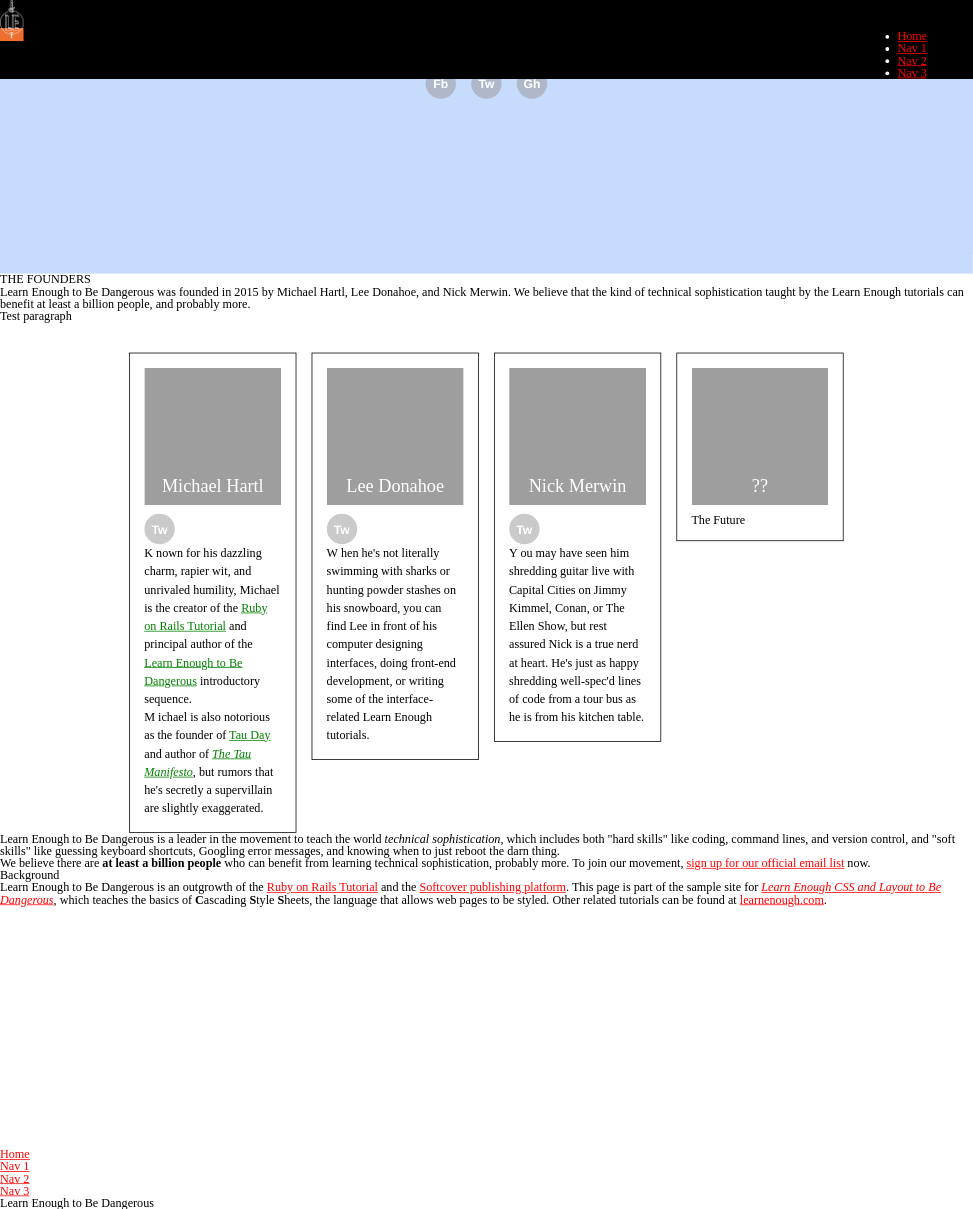
Repository: Ken2072/Ken2072.github.io
Page: _site/index.html
The author's editor kept a record of every edit. The page is drawn from the files as they stood at one moment, then again after the next edit.
The browser window is 1280 px wide. The pictures show the whole page, at 76% of full size.
Pictures or frames that could not be fetched are drawn as grey boxes.

Above is the page before.

### _site/index.html
<!DOCTYPE html>
<html>
<head>
<title>Test Page: Don't Panic</title>
<meta charset="utf-8">
<link rel="stylesheet" href="/css/main.css">
</head>
<body>
<header class="header">
<nav>
<ul class="header-nav nav-links">
<li><a href="/">Home</a></li>
<li><a href="#">Nav 1</a></li>
<li><a href="#">Nav 2</a></li>
<li><a href="#">Nav 3</a></li>
</ul>
</nav>
<a href="/" class="header-logo">
<img src="/images/logo.png" alt="Learn Enough">
</a>
</header>

<div class="full-hero hero-home">
<h1>I'm an h1</h1>
<ul class="social-list">
<li>
<a href="https://example.com/" class="social-link">Fb</a>
</li>
<li>
<a href="https://example.com/" class="social-link">Tw</a>
</li>
<li>
<a href="https://example.com/" class="social-link">Gh</a>
</li>
</ul>
</div>
<h2>THE FOUNDERS</h2>
<p>Learn Enough to Be Dangerous was founded in 2015 by Michael Hartl, Lee Donahoe,
and Nick Merwin. We believe that the kind of technical sophistication taught by
the Learn Enough tutorials can benefit at least a billion people, and probably
more.
</p>
<p>Test paragraph</p>
<div class="bio-wrapper">
<div class="bio-box">
<img src="https://placekitten.com/g/400/400">
<h3>Michael Hartl</h3>
<a href="https://twitter.com/mhartl" class="social-link">Tw</a>
<div class="bio-copy">
<p>K nown for his dazzling charm, rapier wit, and unrivaled humility,
Michael is the creator of the
<a href="https://www.railstutorial.org/">Ruby on Rails
Tutorial</a> and principal author of the
<a href="https://learnenough.com/">
Learn Enough to Be Dangerous</a> introductory sequence.
</p>
<p>M ichael is also notorious as the founder of
<a href="http://tauday.com/">Tau Day</a> and author of
<a href="http://tauday.com/tau-manifesto"><em>The Tau
Manifesto</em></a>, but rumors that he's secretly a supervillain
are slightly exaggerated.
</p>
</div>
</div>
<div class="bio-box">
<img src="https://placekitten.com/g/400/400">
<h3>Lee Donahoe</h3>
<a href="https://twitter.com/leedonahoe" class="social-link">Tw</a>
<div class="bio-copy">
<p>W hen he's not literally swimming with sharks or hunting powder
stashes on his snowboard, you can find Lee in front of his computer
designing interfaces, doing front-end development, or writing some of
the interface-related Learn Enough tutorials.
</p>
</div>
</div>
<div class="bio-box">
<img src="https://placekitten.com/g/400/400">
<h3>Nick Merwin</h3>
<a href="https://twitter.com/nickmerwin" class="social-link">Tw</a>
<div class="bio-copy">
<p>Y ou may have seen him shredding guitar live with Capital Cities on
Jimmy Kimmel, Conan, or The Ellen Show, but rest assured Nick is a
true nerd at heart. He's just as happy shredding well-spec'd lines
of code from a tour bus as he is from his kitchen table.
</p>
</div>
</div>
<div class="bio-box">
<img src="https://placekitten.com/g/400/400">
<h3>??</h3>
<p>The Future
</p>
</div>
</div>
<p>Learn Enough to Be Dangerous is a leader in the movement to teach the
world <em>technical sophistication</em>, which includes both "hard
skills" like coding, command lines, and version control, and "soft
skills" like guessing keyboard shortcuts, Googling error messages, and
knowing when to just reboot the darn thing.
</p>
<p>
    We believe there are <strong>at least a billion people</strong> who can
benefit from learning technical sophistication, probably more. To join
our movement,
<a href="https://learnenough.com/#email_list">sign up for our official
email list</a> now.
</p>
<h3>Background</h3>
<p>Learn Enough to Be Dangerous is an outgrowth of the
<a href="https://www.railstutorial.org/">Ruby on Rails Tutorial</a> and the
<a href="https://www.softcover.io/">Softcover publishing platform</a>.
This page is part of the sample site for
<a href="https://learnenough.com/css-tutorial"><em>Learn Enough CSS and
Layout to Be Dangerous</em></a>, which teaches the basics of
<strong>C</strong>ascading <strong>S</strong>tyle
<strong>S</strong>heets, the language that allows web pages to be styled.
Other related tutorials can be found at
<a href="https://learnenough.com/">learnenough.com</a>.
</p>

<footer class="footer">
<a class="footer-logo" href="/">
<img src="/images/logo.png" alt="Learn Enough"/>
</a>
<nav>
<ul class="footer-nav nav-links">
<li><a href="/">Home</a></li>
<li><a href="#">Nav 1</a></li>
<li><a href="#">Nav 2</a></li>
<li><a href="#">Nav 3</a></li>
</ul>
</nav>
<h3>Learn Enough <span>to Be Dangerous</span></h3>
</footer>
</body>
</html>

### css/main.css
html, body, div, span, applet, object, iframe,
h1, h2, h3, h4, h5, h6, p, blockquote, pre,
a, abbr, acronym, address, big, cite, code,
del, dfn, em, img, ins, kbd, q, s, samp,
small, strike, strong, sub, sup, tt, var,
b, u, i, center, dl, dt, dd, ol, ul, li,
fieldset, form, label, legend, table, caption,
tbody, tfoot, thead, tr, th, td, article, aside,
canvas, details, embed, figure, figcaption, footer,
header, hgroup, menu, nav, output, ruby, section,
summary, time, mark, audio, video {
margin: 0;
padding: 0;
border: 0;
font: inherit;
vertical-align: baseline;
}
/* HTML5 display-role reset for older browsers */
article, aside, details, figcaption, figure,
footer, header, hgroup, menu, nav, section {
display: block;
}
body {
line-height: 1;
}
blockquote, q {
quotes: none;
}b
lockquote:before, blockquote:after,
q:before, q:after {
content: '';
content: none;
}
table {
border-collapse: collapse;
border-spacing: 0;
}
strong, b {
font-weight: bold;
}
em, i {
font-style: italic;
}
a img {
border: none;
}
/* END RESET*/

/* GLOBAL STYLES */
h1 {
font-size: 7vw;
margin-top: 0;
}
a {
color: #f00;
}

/* HEADER STYLES */
.header {
background-color: #000;
color: #fff;
position: fixed;
width: 100%;
z-index: 20;
}.
header-logo {
background-color: #000;
box-sizing: border-box;
display: block;
height: 10vh;
left: -30px;
padding-top: 10px;
position: relative;
text-align: center;
width: 10vh;
}
.header-logo:hover,
.header-logo:active {
background-color: #ed6e2f;
}.header-logo img {
width: 4.3vh;
}.header-nav {
float: right;
padding: 5.5vh 60px 0 0;
}.
header-nav > li {
display: inline-block;
margin-left: 1em;
}.
header-nav > li ~ li {
border-left: 1px solid rgba(255, 255, 255, 0.3);
padding-left: 1em;
}.
header-nav a {
color: #fff;
}






/* HERO STYLES */
.full-hero {
background-color: #c7dbfc;
height: 50vh;
}


/* SOCIAL STYLES */
.social-link {
background: rgba(150, 150, 150, 0.5);
border-radius: 99px;
box-sizing: border-box;
color: #fff;
display: inline-block;
font-family: helvetica, arial, sans;
font-size: 1rem;
font-weight: bold;
height: 2.5em;
line-height: 1;
padding-top: 0.85em;
text-align: center;
text-decoration: none;
vertical-align: middle;
width: 2.5em;
}
.social-list {
list-style: none;
padding: 0;
text-align: center;
}
.social-list > li {
display: inline-block;
margin: 0 0.5em;
}

/* BIO STYLES */
.bio-wrapper {
font-size: 24px;
margin: auto;
max-width: 960px;
overflow: hidden;
}
.bio-box {
border: 1px solid black;
box-sizing: border-box;
float: left;
font-size: 1rem;
margin: 40px 1% 0;
padding: 2%;
width: 23%;
}
.bio-box h3 {
color: #fff;
font-size: 1.5em;
margin: -40px 0 1em;
text-align: center;
}
.bio-box img {
width: 100%;
}
.bio-copy {
font-size: 1em;
line-height: 1.5;
}
.bio-copy a {
color: green;
}

After the next edit:
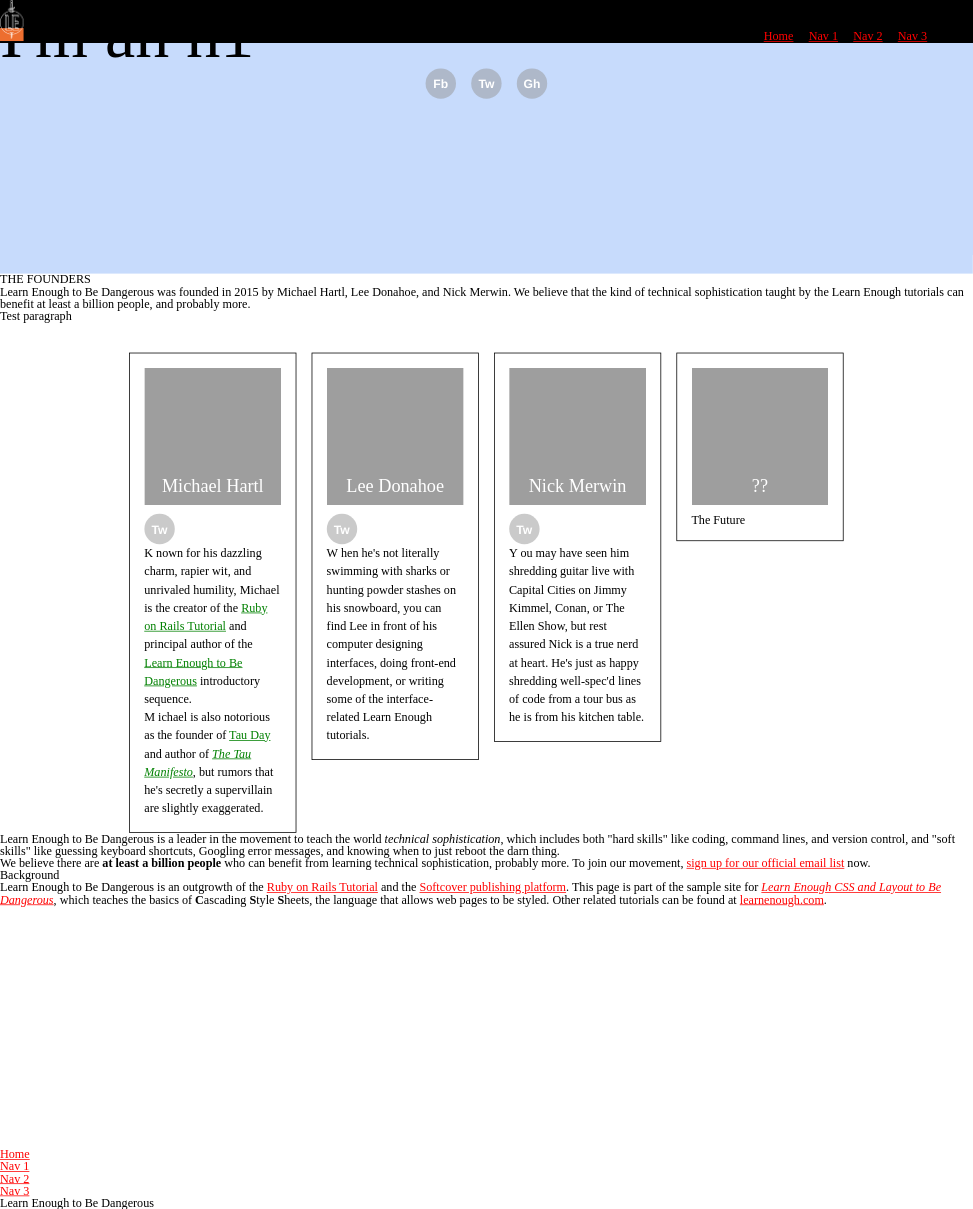
The edit:
--- a/css/main.css
+++ b/css/main.css
@@ -82,8 +82,7 @@
 }.header-nav {
 float: right;
 padding: 5.5vh 60px 0 0;
-}.
-header-nav > li {
+}.header-nav > li {
 display: inline-block;
 margin-left: 1em;
 }.
